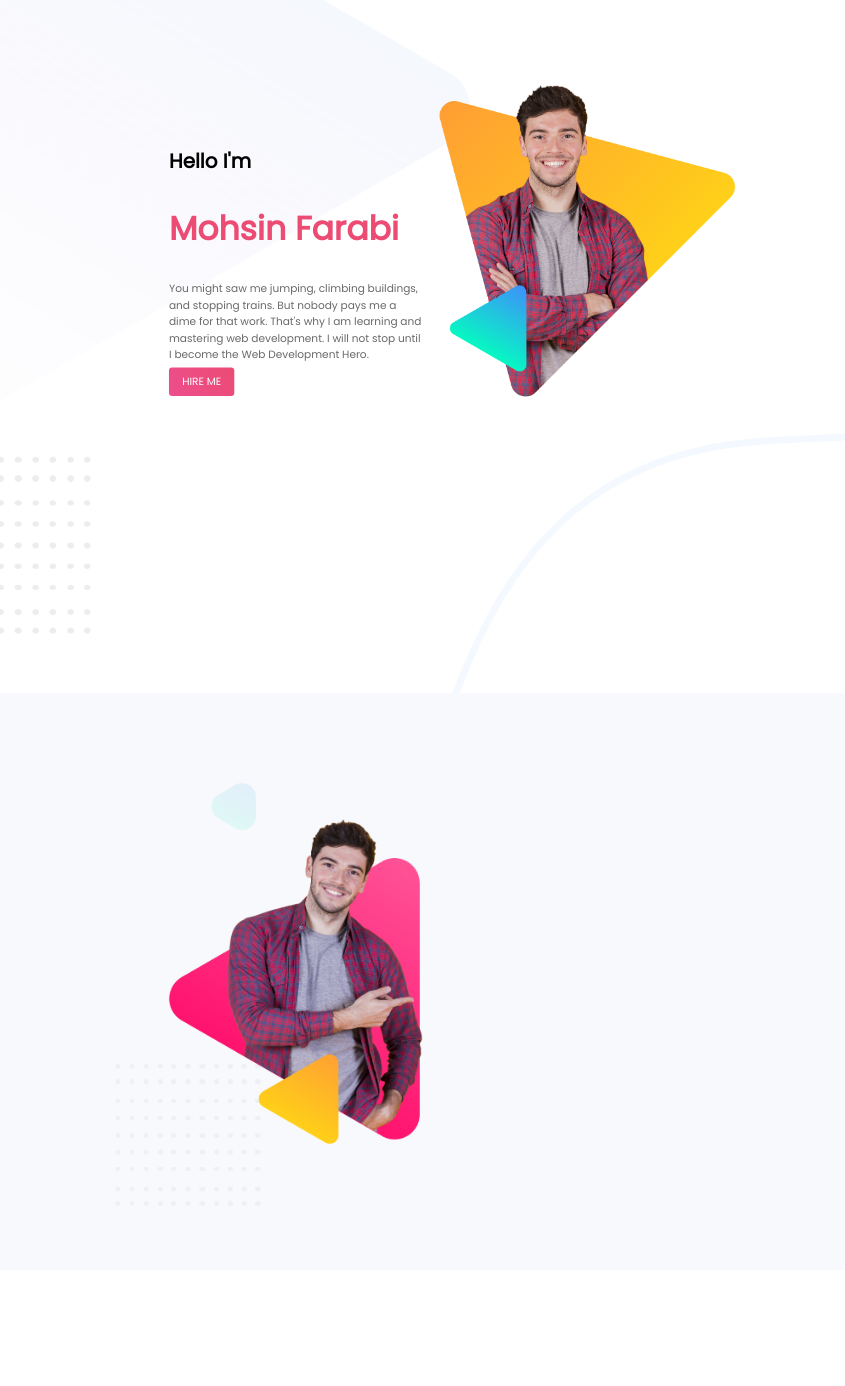
Repository: mohsinfarabi/personal-website
Page: index.html
These files come from the project's save history. The page is drawn as it stood at one moment and after the next save; the edit follows.
The browser window is 1280 px wide. The pictures show the whole page, at 66% of full size.

Above is the page before, as saved 2020-07-01 15:21:13.

### index.html
<!DOCTYPE html>
<html lang="en">

<head>
    <meta charset="UTF-8">
    <meta name="viewport" content="width=device-width, initial-scale=1.0">
    <link href="https://fonts.googleapis.com/css2?family=Poppins" rel="stylesheet">
    <link rel="stylesheet" href="style.css">
    <title>Farabi - Web Developer</title>
</head>

<body>
    <section class="header-banner">
        <div class="half-width">
            <h3>Hello I'm</h3>
            <h2>Mohsin Farabi</h2>
            <p>You might saw me jumping, climbing buildings, and stopping trains. But nobody pays me a dime for that work. That's why I am learning and mastering web development. I will not stop until I become the Web Development Hero.</p>
            <a class="link-button" target="_blank" href="https://www.linkedin.com/in/mohsin-farabi-68655040/">HIRE ME</a>
        </div>

        <div class="img-width">
            <img src="images/peter.png" alt="">
        </div>
    </section>
    <section class="biography">
        <div class="half-width">
            <img src="images/peter_dream.png" alt="">
        </div>
        <div class="half-width">

        </div>
    </section>



</body>

</html>

### style.css
body {
    margin: 0;
    font-family: 'Poppins', sans-serif;
    width: 100%;
    height: 100%;
}

h2 {
    font-size: 50px;
    color: #ec4b74;
}

h3 {
    font-size: 30px;
}

p {
    color: dimgray;
}

.half-width {
    width: 30%;
    float: left;
    margin-left: 10%;
    padding-top: 15%;
    padding-left: 10%;
}

.half-width img {
    width: 100%;
    height: 100%;
}

.img-width {
    width: 35%;
    float: left;
    margin-left: 2%;
    margin-top: 10%;
    padding-left: 0;
}

.img-width img {
    width: 100%;
    height: 100%;
}

section {
    height: 900px;
    padding-bottom: 150px;
}

.link-button {
    text-decoration: none;
    background-image: linear-gradient(45deg, #ec4e8d, #ec4b74);
    padding: 10px 20px;
    border-radius: 5px;
    color: white;
    font-weight: 400;
}

.header-banner {
    background-image: url("images/header-bg.png");
    background-repeat: no-repeat;
}

.biography {
    background-image: url("images/biography-bg.png");
    background-repeat: no-repeat;
    width: 100%;
}

After the next save:
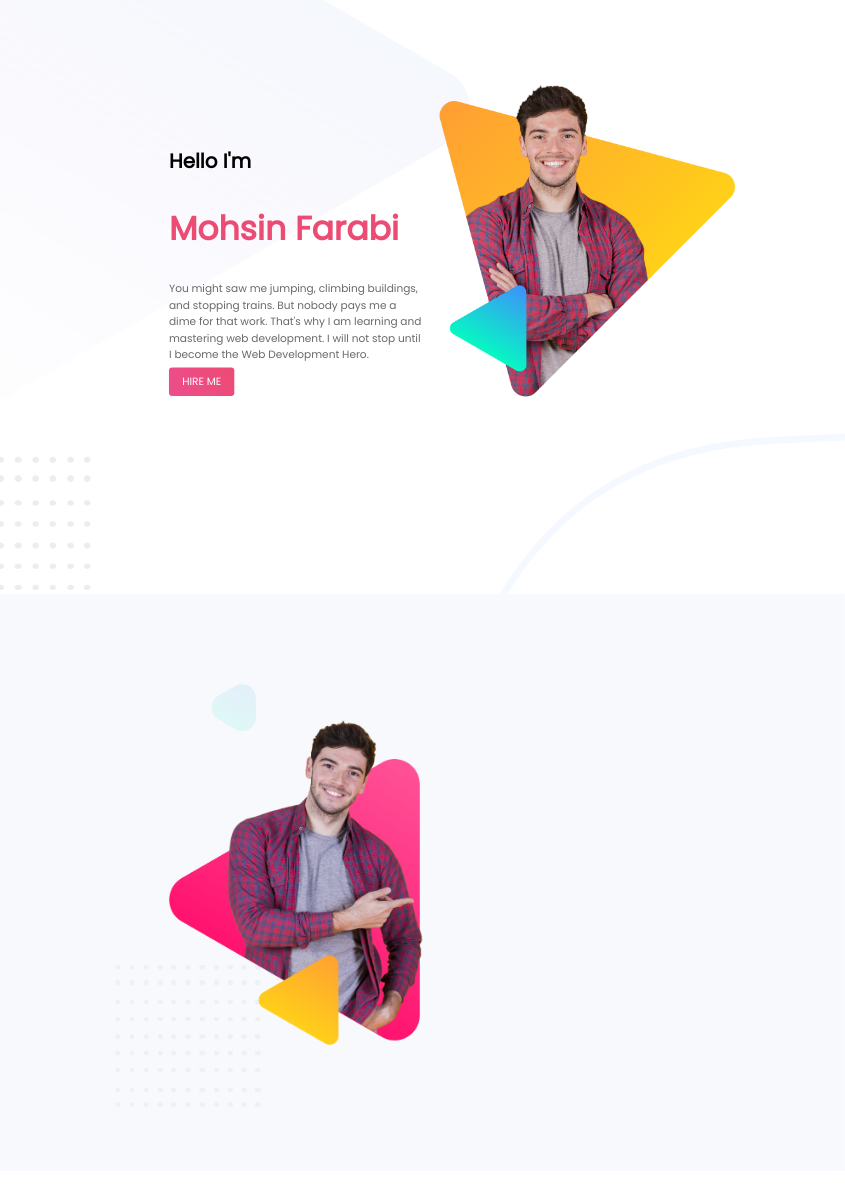
Saved 84 s later.
--- a/style.css
+++ b/style.css
@@ -46,7 +46,6 @@
 
 section {
     height: 900px;
-    padding-bottom: 150px;
 }
 
 .link-button {

After the save that followed:
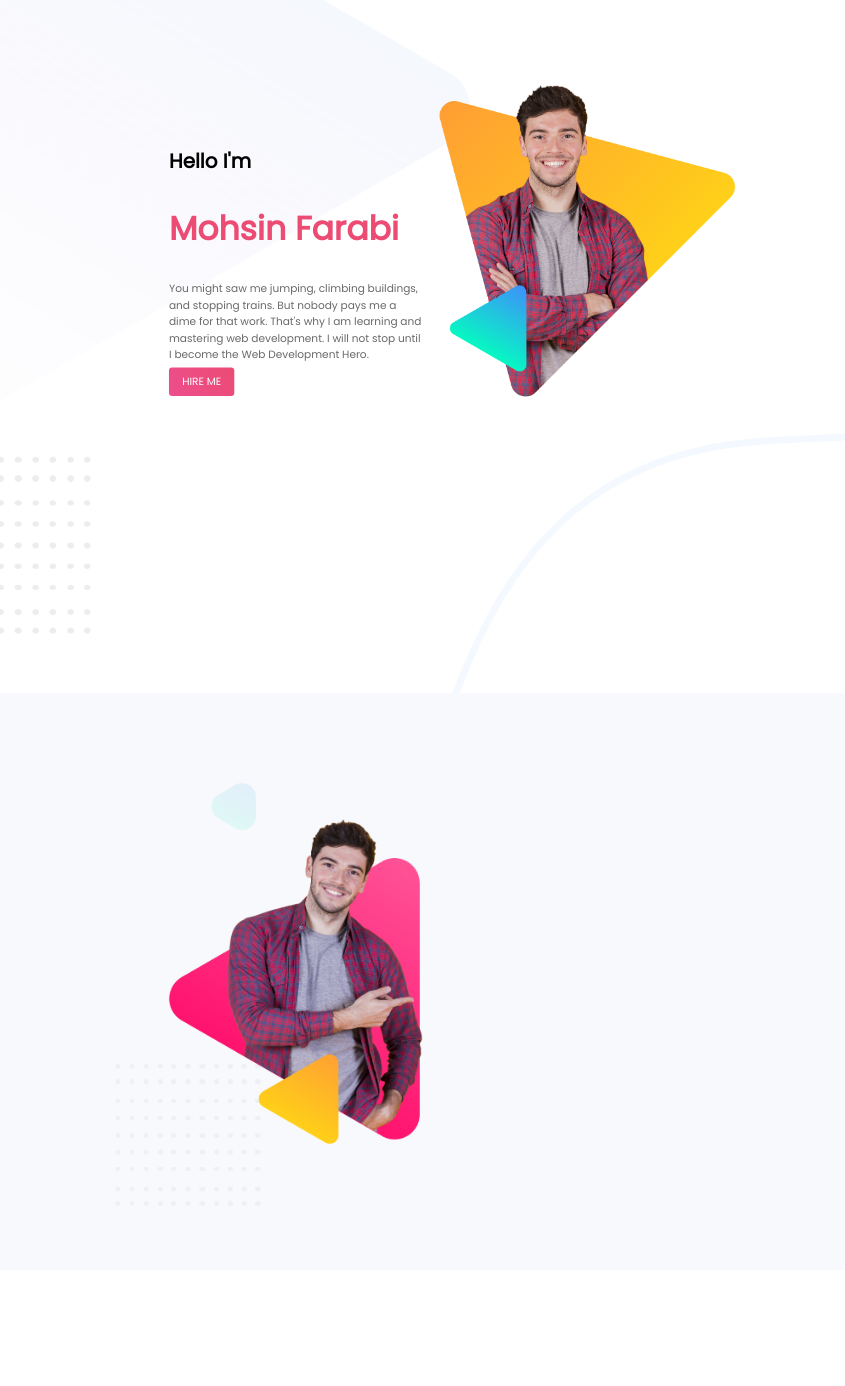
Saved 9 s later.
--- a/style.css
+++ b/style.css
@@ -46,6 +46,7 @@
 
 section {
     height: 900px;
+    padding-bottom: 150px;
 }
 
 .link-button {
